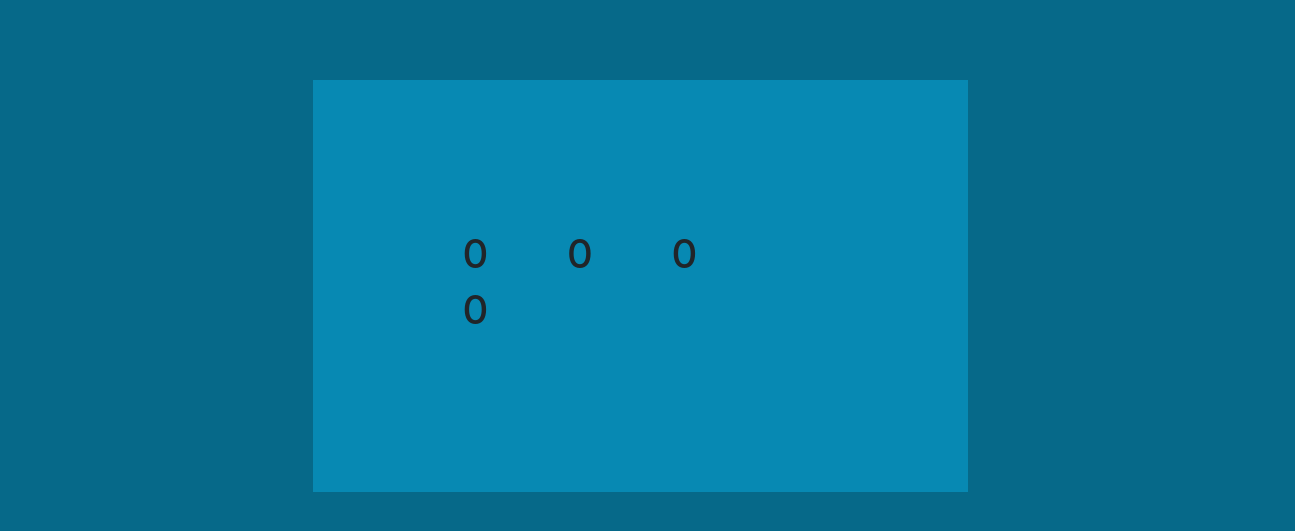
Repository: moiz9265/stopwatch
Page: index.html
An editor plug-in stored every save of this project. The page is shown before and after the next save, followed by the edit.
The browser window is 1280 px wide. The page is 1295 px wide, so the pictures cover 1295 px, including what lies to the right of the window. The pictures show the whole page.

Above is the page before, as saved 2020-07-09 22:52:00.

After the next save:
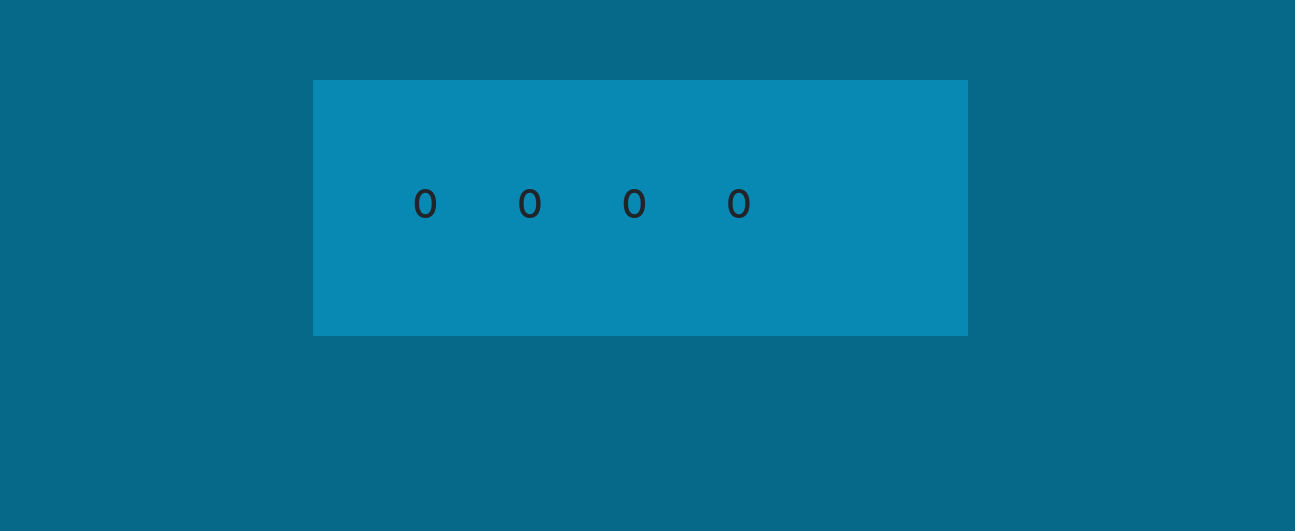
Saved 18 s later.
--- a/css/style.css
+++ b/css/style.css
@@ -7,7 +7,7 @@ body{
 
     width: 40%;
     background-color: #0789B3;
-    padding: 150px;
+    padding: 100px;
 }
 
 h1
